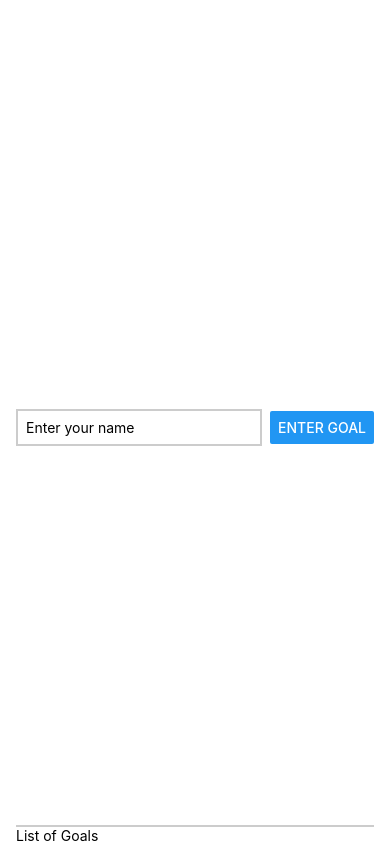
Repository: thezaidbintariq/RNCourse
Screen: /
These files come from the project's save history. The screen is drawn as it stood at one moment and after a run of saves; the edit follows.
The app was drawn by React Native's web renderer in a window 390 px wide. The project was rebuilt for these pictures with package versions that can differ from the ones it lists, and the page was loaded fresh each time.

Above is the screen before, as saved 2022-08-09 14:58:51.

### App.js
import { Button, StyleSheet, Text, TextInput, View } from 'react-native';

export default function App() {
  return (
    <View style={styles.appContainer}>
      <View style={styles.inputContainer}>
        <TextInput style={styles.input} placeholder="Enter your name" />
        <Button title="Enter Goal" />
      </View>
      <View style>
        <Text>List of Goals</Text>
      </View>
    </View>
  );
}

const styles = StyleSheet.create({
  appContainer : {
   paddingTop: 50,
   paddingHorizontal: 16,
   flex: 1
  },
  inputContainer: {
    flexDirection: 'row',
    justifyContent: 'space-between',
    alignItems: 'center',
    paddingBottom: 20,
    borderBottomWidth: 2,
    borderColor: '#ccc',
    flex: 1
  },
  input: {
    width: '70%',
    borderColor: '#cccccc',
    borderWidth: 2,
    padding: 8,
    marginRight: 8
  },
  goalsContainer: {
    flex: 3

  }
}
);

After the next 3 saves:
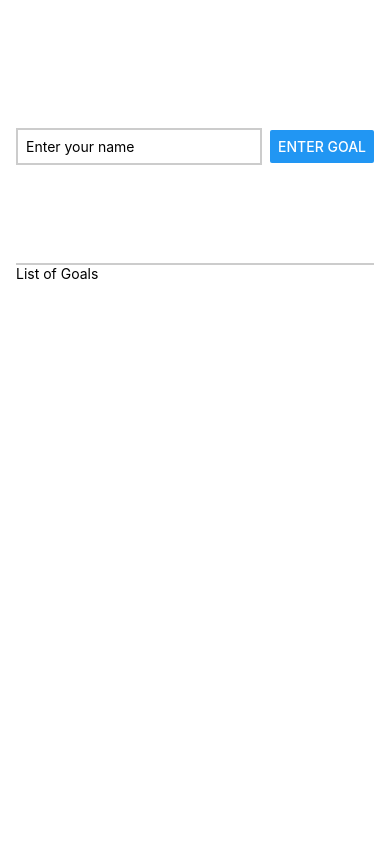
The 3 saves are shown as one change because they came seconds apart.
The last was saved 6 s later.
--- a/App.js
+++ b/App.js
@@ -7,7 +7,7 @@ export default function App() {
         <TextInput style={styles.input} placeholder="Enter your name" />
         <Button title="Enter Goal" />
       </View>
-      <View style>
+      <View style={styles.goalsContainer}>
         <Text>List of Goals</Text>
       </View>
     </View>
